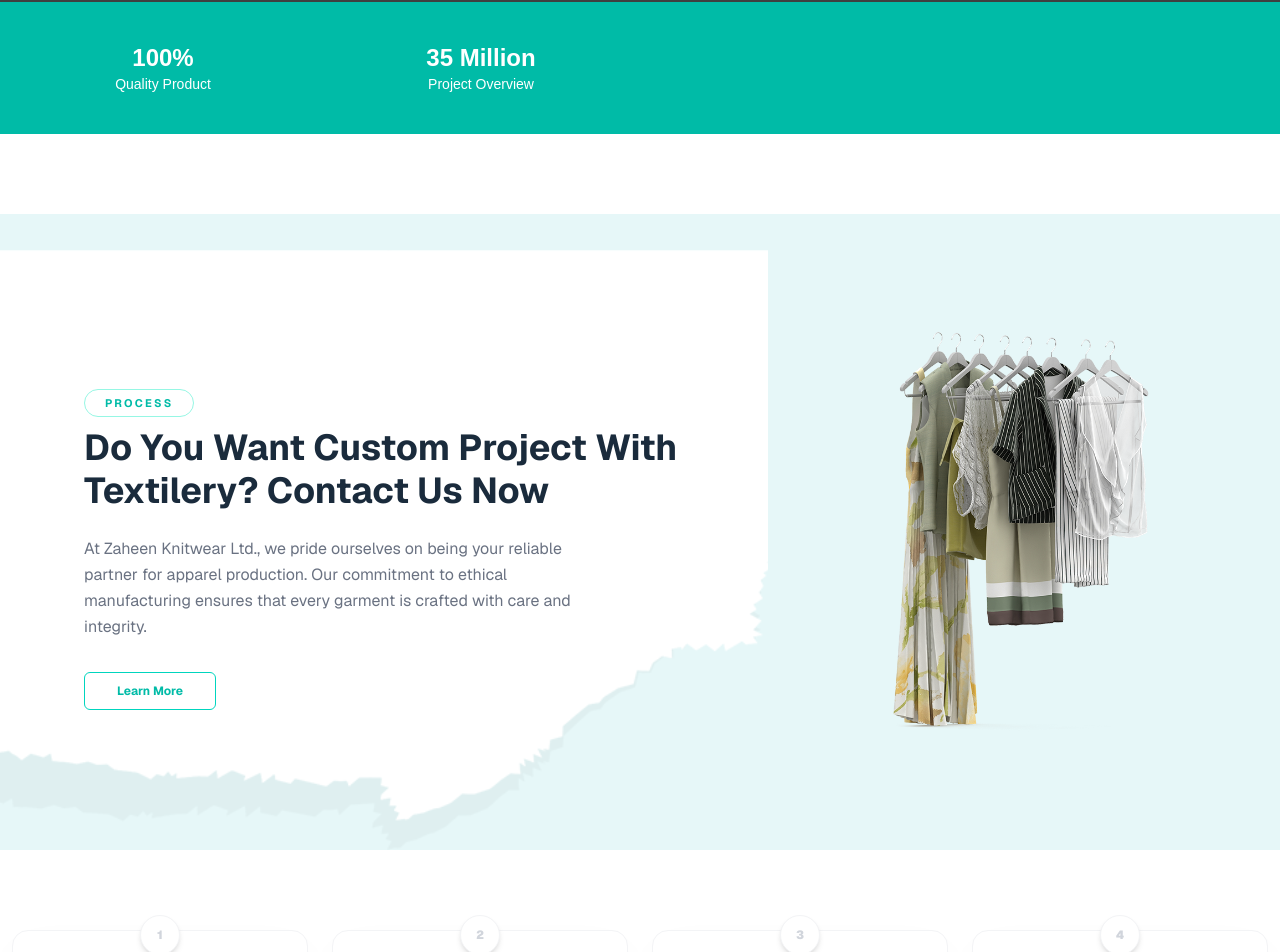
Repository: mdmuhibullahhabib/fullstack-assessment
Page: /
An editor plug-in stored every save of this project. The page is shown before and after the next save, followed by the edit.
The browser window is 1280 px wide. The pictures show the part of the page from y = 576 to 1528 px (the page is 3181 px tall before and 3025 px after).
Pictures or frames that could not be fetched are drawn as grey boxes. The project was rebuilt for these pictures with package versions that can differ from the ones it lists, and the page was loaded fresh each time. The framework's server and built-in components were replaced by stand-ins that run in the browser. Also part of the build but not shown: next.config.mjs.

Above is the page before, as saved 2025-12-27 10:28:32.

After the next save:
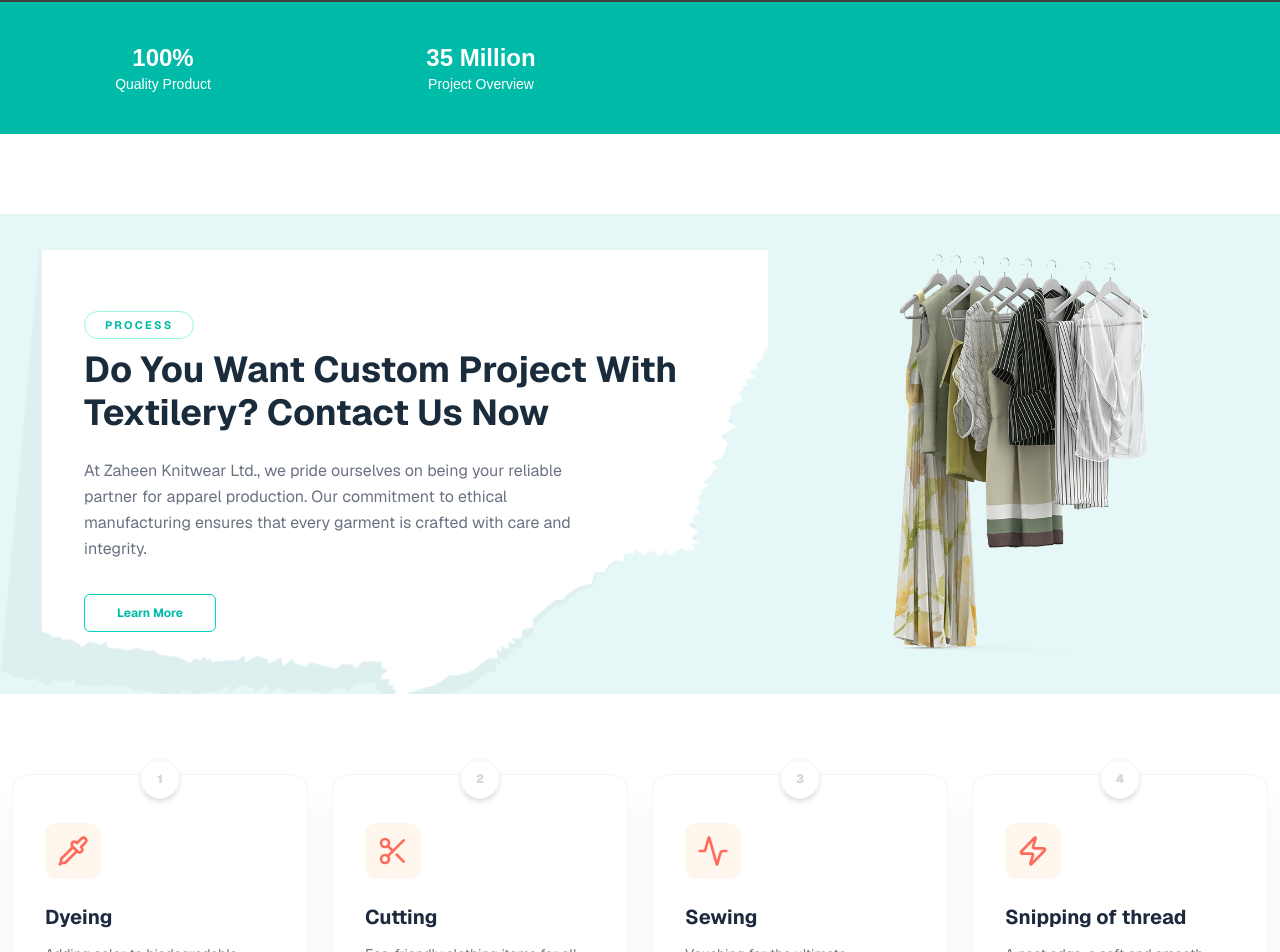
Saved 32 s later.
--- a/src/components/home/CustomProcess.jsx
+++ b/src/components/home/CustomProcess.jsx
@@ -24,7 +24,7 @@
 
                     {/* Left Content Box (White with bgImage and Torn Edge) */}
                     <div
-                        className="relative w-full md:w-[60%] md:py-[140px] p-10 mt-9 md:pl-5 md:p-1 flex flex-col justify-center items-start "
+                        className="relative w-full md:w-[60%] p-10 mt-9 md:pl-5 md:p-1 flex flex-col justify-center items-start "
                         style={{
                             backgroundImage: `url(${bgImage.src})`,
                             backgroundSize: "cover",
